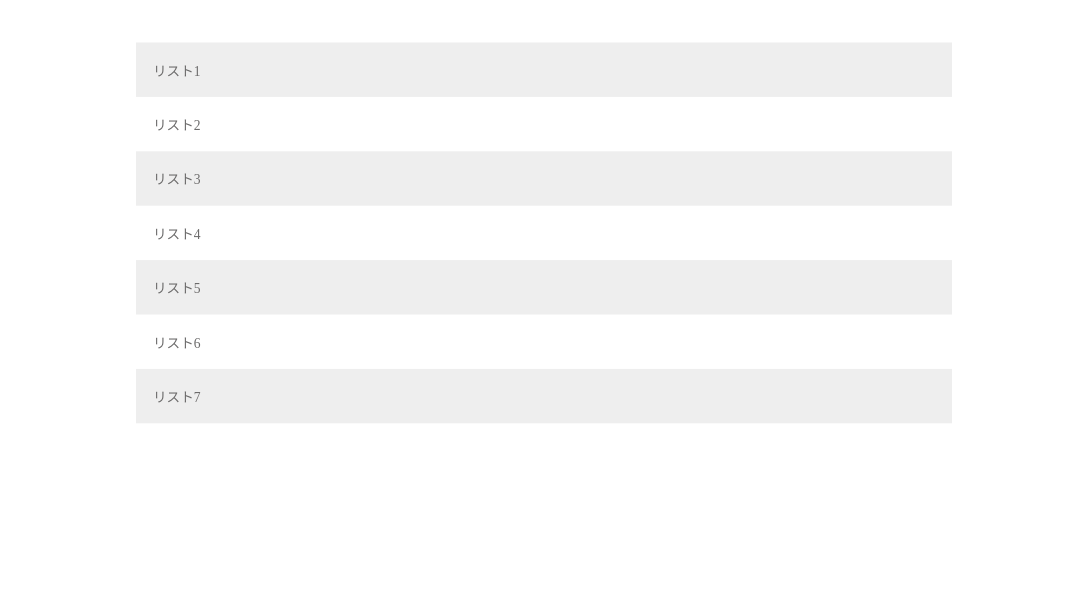
Repository: katayama-Web/html-practice
Page: chapter8_exercise/text.html
The author's editor kept a record of every edit. The page is drawn from the files as they stood at one moment, then again after the next edit.
The browser window is 1280 px wide. The pictures show the whole page, at 85% of full size.

Above is the page before.

After the next edit:
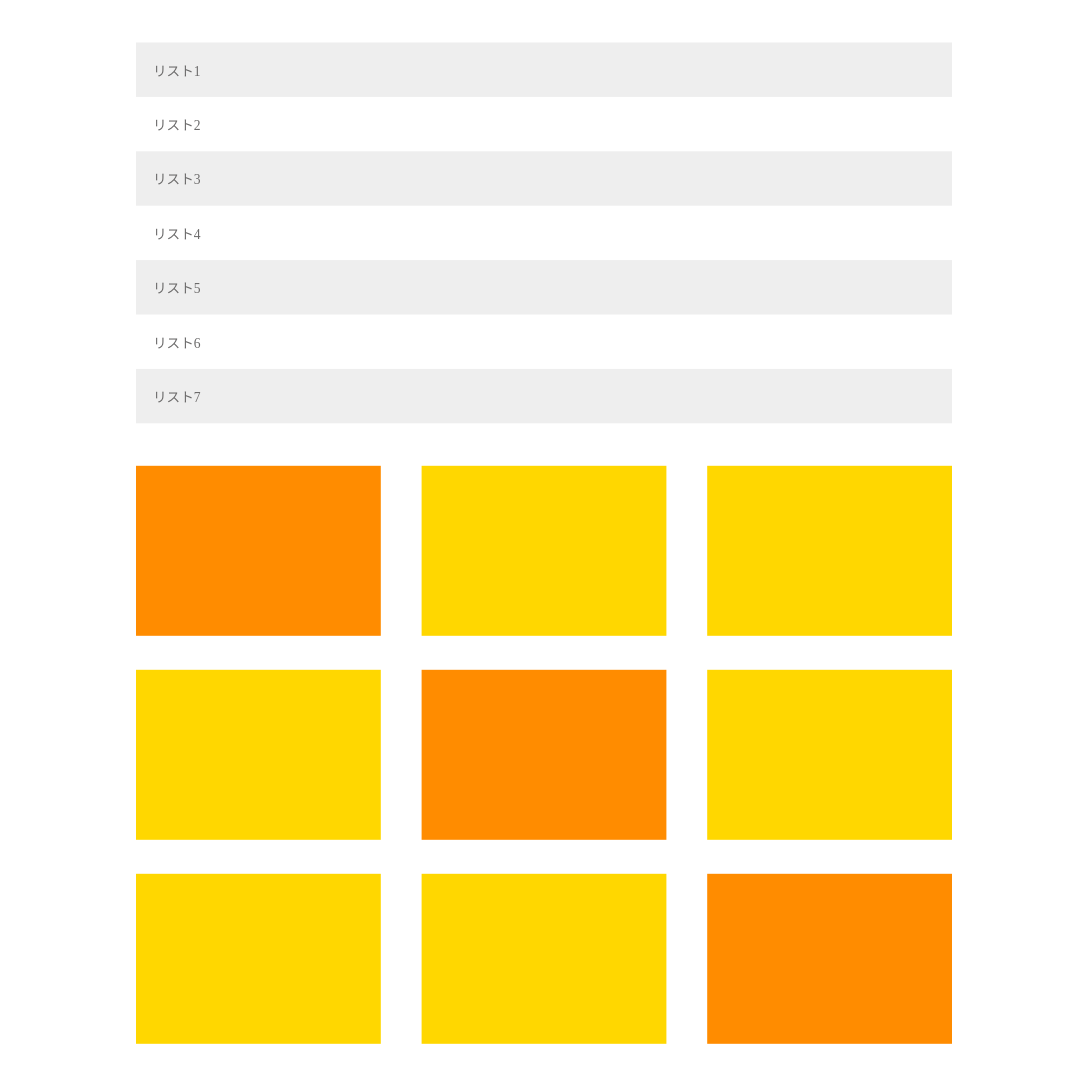
The edit:
--- a/chapter8_exercise/text.html
+++ b/chapter8_exercise/text.html
@@ -17,7 +17,15 @@
       <li class="item">リスト7</li>
     </ul>
     <div class="box-list">
-
-    </ul>
+      <div class="box"></div>
+      <div class="box"></div>
+      <div class="box"></div>
+      <div class="box"></div>
+      <div class="box"></div>
+      <div class="box"></div>
+      <div class="box"></div>
+      <div class="box"></div>
+      <div class="box"></div>
+    </div>
   </main>
 </body>
